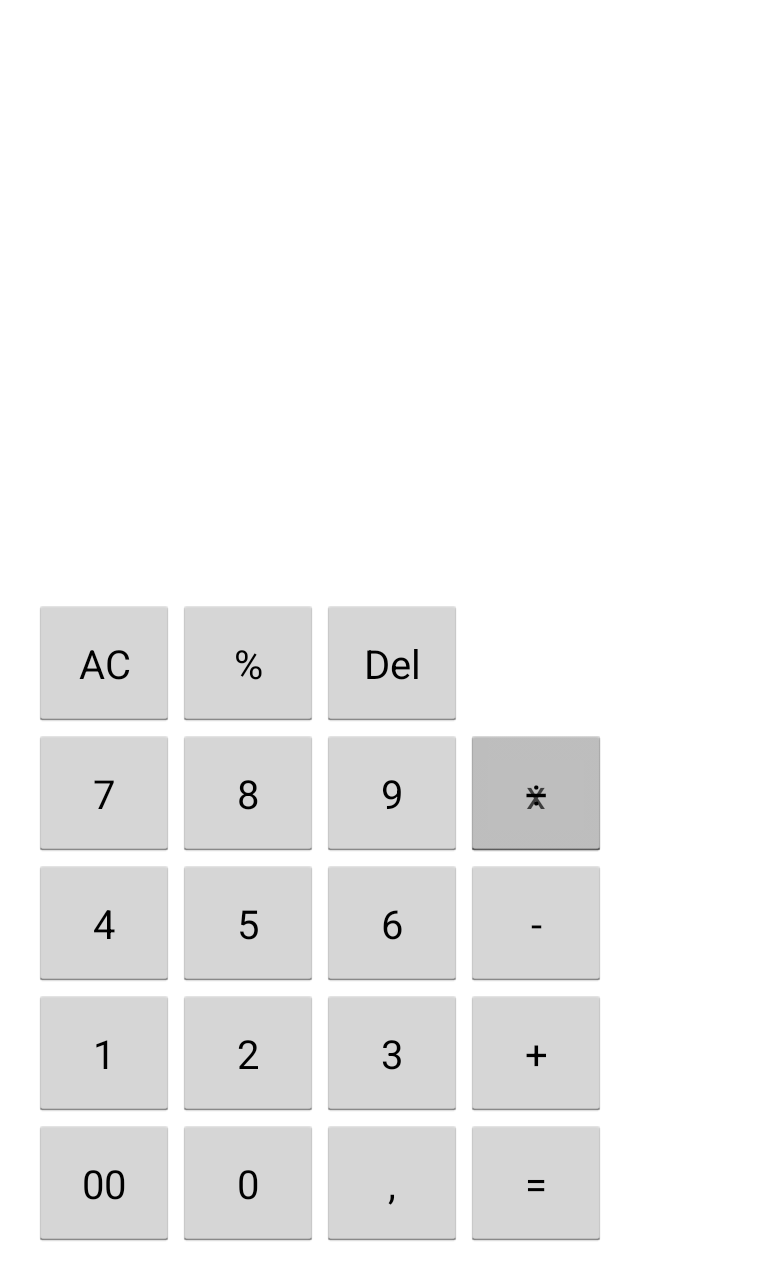
Repository: kisahtegar/mp_java_si6
Layout: MyCalculator/res/layout/activity_main.xml
An editor plug-in stored every save of this project. The layout is shown before and after the next save, followed by the edit.
It is drawn on a 768 x 1280 px phone screen (xhdpi) without system bars, with theme AppTheme; the app's code is not run.

Above is the layout before, as saved 2024-05-14 10:23:56.

### MyCalculator/res/layout/activity_main.xml
<RelativeLayout xmlns:android="http://schemas.android.com/apk/res/android"
    xmlns:tools="http://schemas.android.com/tools"
    android:layout_width="match_parent"
    android:layout_height="match_parent"
    android:paddingBottom="@dimen/activity_vertical_margin"
    android:paddingLeft="@dimen/activity_horizontal_margin"
    android:paddingRight="@dimen/activity_horizontal_margin"
    android:paddingTop="@dimen/activity_vertical_margin"
    tools:context=".MainActivity" >

    <!-- First Layer -->
    <Button
        android:id="@+id/btnDoubleZero"
        style="?android:attr/buttonStyleSmall"
        android:layout_width="72dp"
        android:layout_height="65dp"
        android:layout_alignParentBottom="true"
        android:layout_alignParentLeft="true"
        android:text="00"
        android:textSize="20sp" />

    <Button
        android:id="@+id/btnZero"
        style="?android:attr/buttonStyleSmall"
        android:layout_width="72dp"
        android:layout_height="65dp"
        android:layout_alignParentBottom="true"
        android:layout_toRightOf="@+id/btnDoubleZero"
        android:text="0"
        android:textSize="20sp" />

    <Button
        android:id="@+id/btnComma"
        style="?android:attr/buttonStyleSmall"
        android:layout_width="72dp"
        android:layout_height="65dp"
        android:layout_alignParentBottom="true"
        android:layout_toRightOf="@+id/btnZero"
        android:text=","
        android:textSize="20sp" />

    <Button
        android:id="@+id/btnEqual"
        style="?android:attr/buttonStyleSmall"
        android:layout_width="72dp"
        android:layout_height="65dp"
        android:layout_alignParentBottom="true"
        android:layout_toRightOf="@+id/btnComma"
        android:text="="
        android:textSize="20sp" />

    <!-- Second Layer -->
    <Button
        android:id="@+id/btnOne"
        style="?android:attr/buttonStyleSmall"
        android:layout_width="72dp"
        android:layout_height="65dp"
        android:layout_above="@+id/btnDoubleZero"
        android:layout_alignParentLeft="true"
        android:text="1"
        android:textSize="20sp" />

    <Button
        android:id="@+id/btnTwo"
        style="?android:attr/buttonStyleSmall"
        android:layout_width="72dp"
        android:layout_height="65dp"
        android:layout_above="@+id/btnZero"
        android:layout_toRightOf="@+id/btnOne"
        android:text="2"
        android:textSize="20sp" />

    <Button
        android:id="@+id/btnThree"
        style="?android:attr/buttonStyleSmall"
        android:layout_width="72dp"
        android:layout_height="65dp"
        android:layout_above="@+id/btnComma"
        android:layout_toRightOf="@+id/btnTwo"
        android:text="3"
        android:textSize="20sp" />

    <Button
        android:id="@+id/btnPlus"
        style="?android:attr/buttonStyleSmall"
        android:layout_width="72dp"
        android:layout_height="65dp"
        android:layout_above="@+id/btnEqual"
        android:layout_toRightOf="@+id/btnThree"
        android:text="+"
        android:textSize="20sp" />

    <!-- Third Layer -->
    <Button
        android:id="@+id/btnFour"
        style="?android:attr/buttonStyleSmall"
        android:layout_width="72dp"
        android:layout_height="65dp"
        android:layout_above="@+id/btnOne"
        android:layout_alignParentLeft="true"
        android:text="4"
        android:textSize="20sp" />

    <Button
        android:id="@+id/btnFive"
        style="?android:attr/buttonStyleSmall"
        android:layout_width="72dp"
        android:layout_height="65dp"
        android:layout_above="@+id/btnTwo"
        android:layout_toRightOf="@+id/btnFour"
        android:text="5"
        android:textSize="20sp" />

    <Button
        android:id="@+id/btnSix"
        style="?android:attr/buttonStyleSmall"
        android:layout_width="72dp"
        android:layout_height="65dp"
        android:layout_above="@+id/btnThree"
        android:layout_toRightOf="@+id/btnFive"
        android:text="6"
        android:textSize="20sp" />

    <Button
        android:id="@+id/btnMinus"
        style="?android:attr/buttonStyleSmall"
        android:layout_width="72dp"
        android:layout_height="65dp"
        android:layout_above="@+id/btnPlus"
        android:layout_toRightOf="@+id/btnSix"
        android:text="-"
        android:textSize="20sp" />

    <!-- Fourth Layer -->
    <Button
        android:id="@+id/btnSeven"
        style="?android:attr/buttonStyleSmall"
        android:layout_width="72dp"
        android:layout_height="65dp"
        android:layout_above="@+id/btnFour"
        android:layout_alignParentLeft="true"
        android:text="7"
        android:textSize="20sp" />

    <Button
        android:id="@+id/btnEight"
        style="?android:attr/buttonStyleSmall"
        android:layout_width="72dp"
        android:layout_height="65dp"
        android:layout_above="@+id/btnFive"
        android:layout_toRightOf="@+id/btnSeven"
        android:text="8"
        android:textSize="20sp" />

    <Button
        android:id="@+id/btnNine"
        style="?android:attr/buttonStyleSmall"
        android:layout_width="72dp"
        android:layout_height="65dp"
        android:layout_above="@+id/btnSix"
        android:layout_toRightOf="@+id/btnEight"
        android:text="9"
        android:textSize="20sp" />

    <Button
        android:id="@+id/btnMultiple"
        style="?android:attr/buttonStyleSmall"
        android:layout_width="72dp"
        android:layout_height="65dp"
        android:layout_above="@+id/btnMinus"
        android:layout_toRightOf="@+id/btnNine"
        android:text="x"
        android:textSize="20sp" />

    <!-- Five Layer -->
    <Button
        android:id="@+id/btnClearAll"
        style="?android:attr/buttonStyleSmall"
        android:layout_width="72dp"
        android:layout_height="65dp"
        android:layout_above="@+id/btnSeven"
        android:layout_alignParentLeft="true"
        android:text="AC"
        android:textSize="20sp" />

    <Button
        android:id="@+id/btnPercent"
        style="?android:attr/buttonStyleSmall"
        android:layout_width="72dp"
        android:layout_height="65dp"
        android:layout_above="@+id/btnEight"
        android:layout_toRightOf="@+id/btnClearAll"
        android:text="%"
        android:textSize="20sp" />

    <Button
        android:id="@+id/btnDelete"
        style="?android:attr/buttonStyleSmall"
        android:layout_width="72dp"
        android:layout_height="65dp"
        android:layout_above="@+id/btnNine"
        android:layout_toRightOf="@+id/btnPercent"
        android:text="Del"
        android:textSize="20sp" />

    <Button
        android:id="@+id/btnDivide"
        style="?android:attr/buttonStyleSmall"
        android:layout_width="72dp"
        android:layout_height="65dp"
        android:layout_above="@+id/btnMinus"
        android:layout_toRightOf="@+id/btnNine"
        android:text="÷"
        android:textSize="20sp" />

</RelativeLayout>

Loaded but not shown: MyCalculator/res/values/styles.xml (common file); MyCalculator/res/values-v11/styles.xml (common file); MyCalculator/res/values-v14/styles.xml (common file); MyCalculator/res/values/dimens.xml (common file)

After the next save:
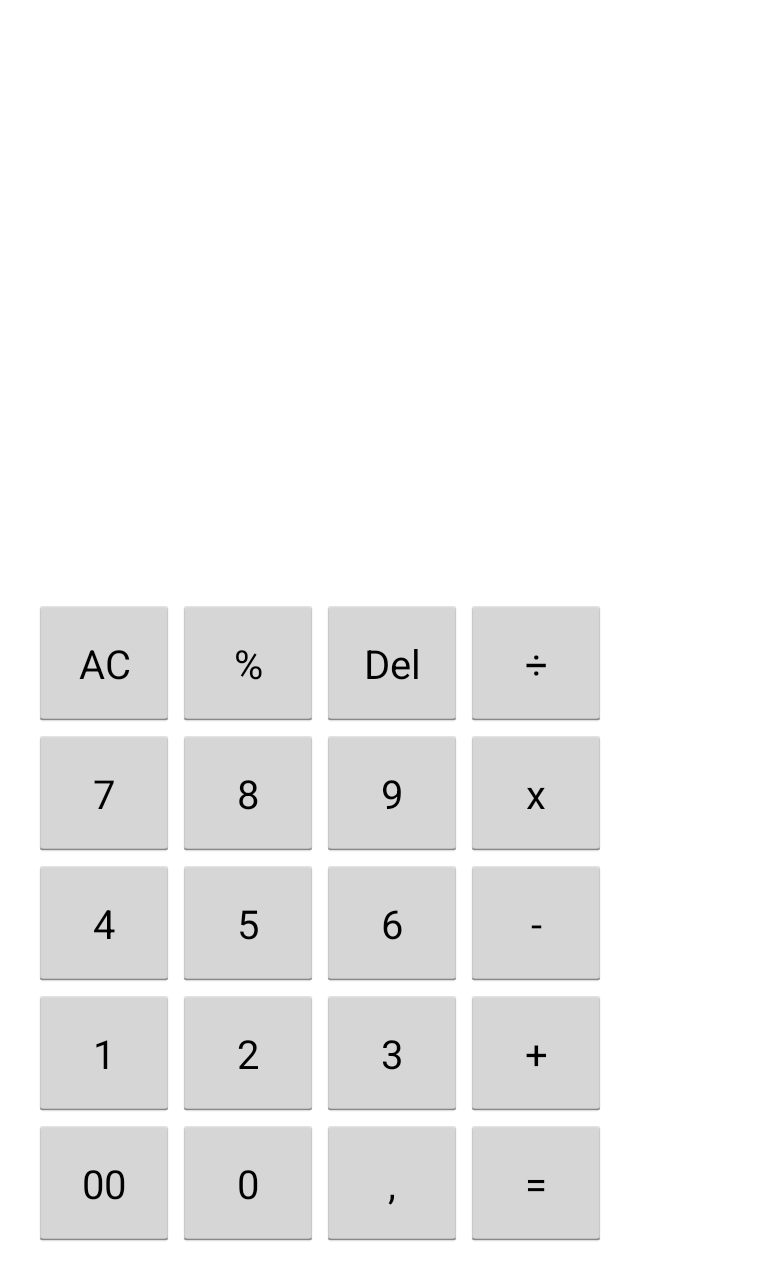
Saved 28 s later.
--- a/MyCalculator/res/layout/activity_main.xml
+++ b/MyCalculator/res/layout/activity_main.xml
@@ -208,7 +208,7 @@
         style="?android:attr/buttonStyleSmall"
         android:layout_width="72dp"
         android:layout_height="65dp"
-        android:layout_above="@+id/btnMinus"
+        android:layout_above="@+id/btnMultiple"
         android:layout_toRightOf="@+id/btnNine"
         android:text="÷"
         android:textSize="20sp" />
